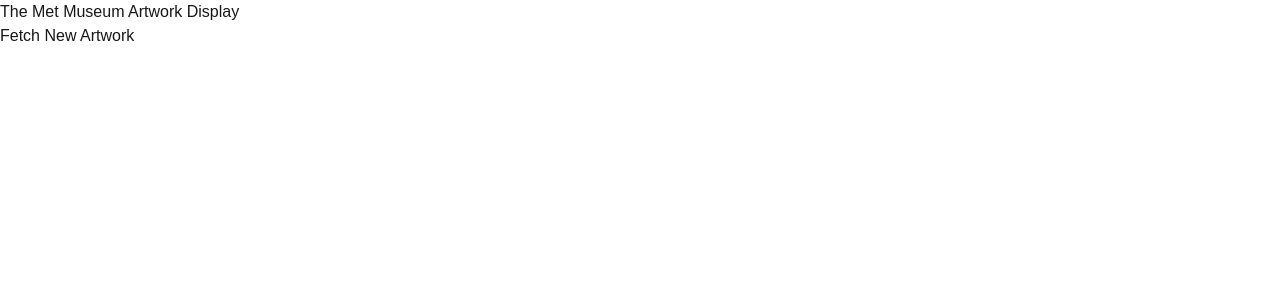
Repository: MelissaJacobi/mdia-3126
Page: / (app in midtermprep/midtermprep/)
An editor plug-in stored every save of this project. The page is shown before and after the next save, followed by the edit.
The browser window is 1280 px wide. The pictures show the whole page.
The project was rebuilt for these pictures with package versions that can differ from the ones it lists, and the page was loaded fresh each time. The framework's server and built-in components were replaced by stand-ins that run in the browser. Also part of the build but not shown: midtermprep/midtermprep/next.config.mjs.

Above is the page before, as saved 2024-11-01 11:18:57.

After the next save:
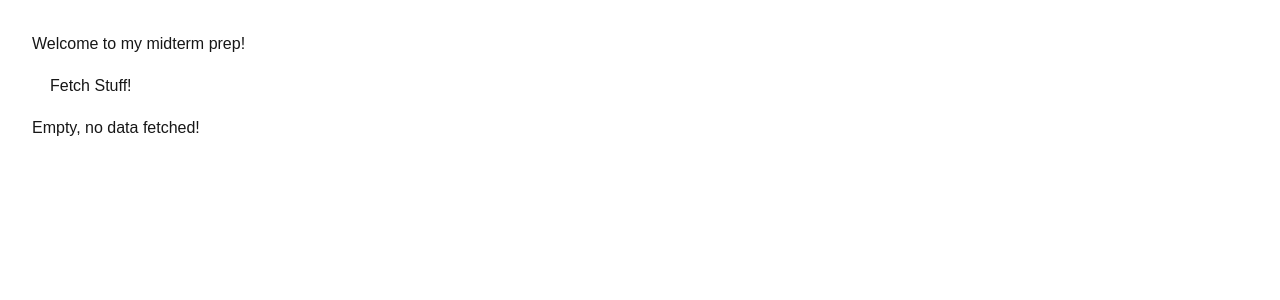
Saved 44 s later.
--- a/midtermprep/midtermprep/src/app/page.js
+++ b/midtermprep/midtermprep/src/app/page.js
@@ -1,73 +1,92 @@
-"use client"
-import { useState } from 'react';
+"use client" //don't forget this!!!
+import { useState } from "react";
 
-// Define the Met Museum API URL (we'll use the 'public domain' endpoint)
-const API_URL = 'https://collectionapi.metmuseum.org/public/collection/v1/objects';
+//we will only need this one page
 
-function ArtDisplay() {
-  const [artwork, setArtwork] = useState(null);
-  const [error, setError] = useState(null);
-  const [loading, setLoading] = useState(false); // State to track loading status
+// Midterm TODO
+// - add button
+// - fetch data
+// - function to add data to state
+// - responsive
+// - Display the data
+// - function to clear data
+// - components for empty state
+// - component for data state
+// - error handling if the data doesn't come back (keener marks STRETCH GOALS)
 
-  // Function to fetch data from the Met API
-  const fetchArtData = async () => {
-    setLoading(true); // Set loading to true when fetch starts
-    setError(null); // Reset any previous error
-    setArtwork(null); // Clear previous artwork display
+//everything is built right in this page but its up to you on the midterm to organize it all with atomic design
 
-    try {
-      // Fetch a list of object IDs for public domain artworks
-      const response = await fetch(`${API_URL}?q=paintings`);
-      const data = await response.json();
+export default function Home() {
 
-      if (data.objectIDs && data.objectIDs.length > 0) {
-        // Fetch details for a specific object using one of the returned IDs
-        const artResponse = await fetch(`${API_URL}/${data.objectIDs[0]}`);
-        const artData = await artResponse.json();
+  //if use state !null, probably fetching or loading data, or have data
+  //if useState === data, we can display our data
+  const [astronomyData, setAstronomyData] = useState(null);
+  const [loading, setLoading] = useState(null);
 
-        setArtwork(artData); // Save the artwork details to state
-      } else {
-        throw new Error('No artwork found');
-      }
-    } catch (err) {
-      setError(err.message);
-    } finally {
-      setLoading(false); // Set loading to false once fetch completes
+  async function fetchAstronomyData() {
+    //build the function that grabs the data
+    setLoading(true);
+    const response = await fetch("https://api.nasa.gov/planetary/apod?api_key=DEMO_KEY&count=5"); //use await because you are getting the data from somewhere else
+
+    const data = await response.json();
+
+    setAstronomyData(data);
+    setLoading(false);
+  }
+
+  const DisplayAstronomyData = () => {
+    //display if we have data
+    //loading state (maybe data?)
+    //fulfilled state (data exists)
+    //empty state
+    if(loading) return <div>Loading!</div>
+
+    if(astronomyData){
+      //title, url, explanation
+      const formattedData = JSON.stringify(astronomyData);
+      const dataThatIsFormattedForDisplay = [];
+      astronomyData.forEach((entry, i) => {
+        dataThatIsFormattedForDisplay.push(
+        <article key={i}>
+          <img src={entry.url}></img>
+          <h3>{entry.title}</h3>
+          <p>{entry.explanation}</p>
+        </article>
+
+        );
+
+      });
+
+      return<section>{dataThatIsFormattedForDisplay}</section>
     }
-  };
+    return (
+      <div>Empty, no data fetched!</div>
+    );
+  }
+
+  const Header = () => {
+    //building the UI that grabs the data (this would normally be in a separarte component)
+    // if you have more than one line in the arrow function don't forget to add a return!!!
+    return (
+      <header>
+        Welcome to my midterm prep!
+        <br />
+        <button className="border-white border-solid border-2 p-2 m-2"
+          disabled={loading}
+          onClick={fetchAstronomyData}>
+          {loading? 'Fetching...' : "Fetch Stuff!"}
+        </button> {/** this button should clear the astronomy data as well it should be more conditional */}
+      </header>
+      );
+
+  }
 
   return (
-    <div>
-      <h1>The Met Museum Artwork Display</h1>
 
-      {/* Button to fetch new artwork */}
-      <button onClick={fetchArtData} disabled={loading}>
-        {loading ? 'Loading...' : 'Fetch New Artwork'}
-      </button>
-
-      {/* Display error message if there's an error */}
-      {error && <div style={{ color: 'red' }}>Error: {error}</div>}
-
-      {/* Display artwork details when available */}
-      {artwork && !loading && (
-        <div>
-          <h2>{artwork.title}</h2>
-          <p><strong>Artist:</strong> {artwork.artistDisplayName || 'Unknown'}</p>
-          <p><strong>Date:</strong> {artwork.objectDate || 'Unknown'}</p>
-          <img
-            src={artwork.primaryImageSmall}
-            alt={artwork.title}
-            style={{ width: '300px', height: 'auto' }}
-          />
-          <p><strong>Medium:</strong> {artwork.medium}</p>
-          <p><strong>Dimensions:</strong> {artwork.dimensions}</p>
-        </div>
-      )}
-
-      {/* Display a loading message when loading is true */}
-      {loading && <p>Loading artwork...</p>}
+     //you don't have to use tailwind in the exam you can just use normal css
+    <div className="m-8">
+      <Header />
+      <DisplayAstronomyData />
     </div>
   );
 }
-
-export default ArtDisplay;
